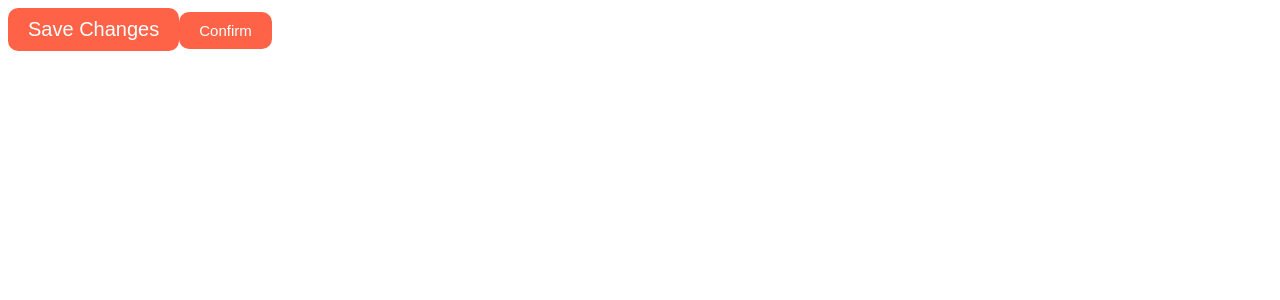
Repository: TaewookKwak/React
Page: props.html
An editor plug-in stored every save of this project. The page is shown before and after the next save, followed by the edit.
The browser window is 1280 px wide. The pictures show the whole page.

Above is the page before, as saved 2021-12-15 13:14:10.

### props.html
<!DOCTYPE html>
<html lang="en">
  <body>
    <div id="root"></div>
  </body>
  <script src="https://unpkg.com/react@17.0.2/umd/react.production.min.js"></script>
  <script src="https://unpkg.com/react-dom@17.0.2/umd/react-dom.production.min.js"></script>
  <script src="https://unpkg.com/@babel/standalone/babel.min.js"></script>
  <script type="text/babel">
    const root = document.querySelector("#root");
    function Btn({ text, size }) {
      return (
        <button
          style={{
            backgroundColor: "tomato",
            color: "white",
            padding: "10px 20px",
            border: "none",
            borderRadius: "10px",
            fontSize: size === "big" ? 20 : 15,
          }}
        >
          {text}
        </button>
      );
    }
    function App() {
      return (
        <div>
          <Btn text="Save Changes" size="big" />
          <Btn text="Confirm" size="small" />
        </div>
      );
    }

    ReactDOM.render(<App />, root);
  </script>
</html>

After the next save:
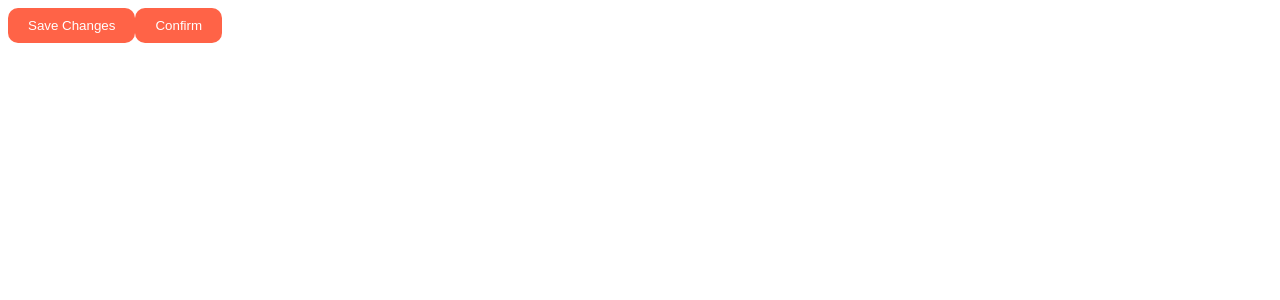
Saved 53 s later.
--- a/props.html
+++ b/props.html
@@ -17,7 +17,6 @@
             padding: "10px 20px",
             border: "none",
             borderRadius: "10px",
-            fontSize: size === "big" ? 20 : 15,
           }}
         >
           {text}

After the save that followed:
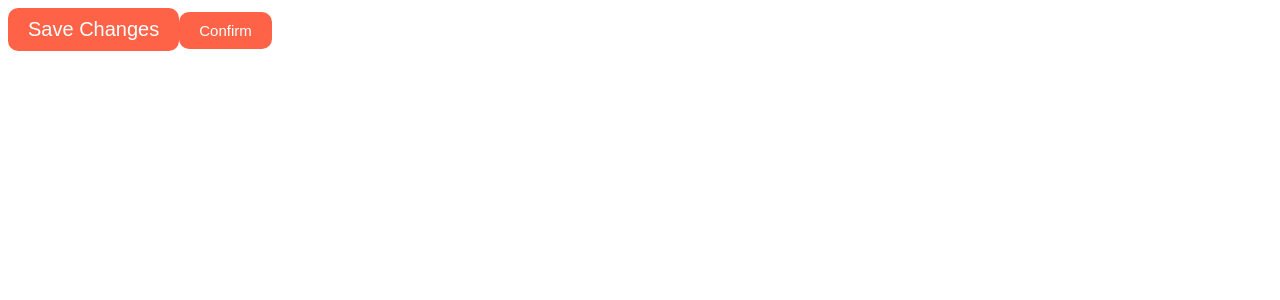
Saved 20 s later.
--- a/props.html
+++ b/props.html
@@ -17,6 +17,7 @@
             padding: "10px 20px",
             border: "none",
             borderRadius: "10px",
+            fontSize: size === "big" ? 20 : 15,
           }}
         >
           {text}
